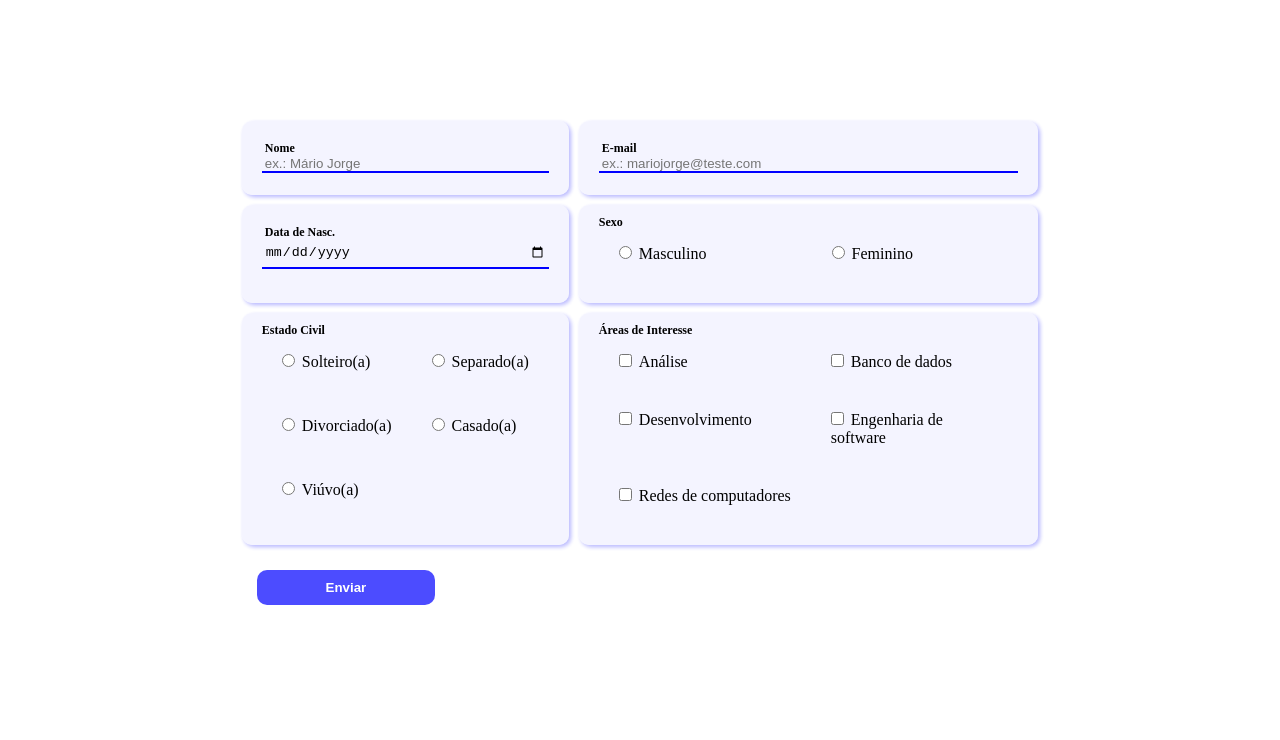
Repository: mjRibeiroTriscal/UVA_Projects
Page: Proj_A1_AVA2_2020_1/index.html
An editor plug-in stored every save of this project. The page is shown before and after the next save, followed by the edit.
The browser window is 1280 px wide. The pictures show the whole page.

Above is the page before, as saved 2020-03-13 14:41:52.

After the next save:
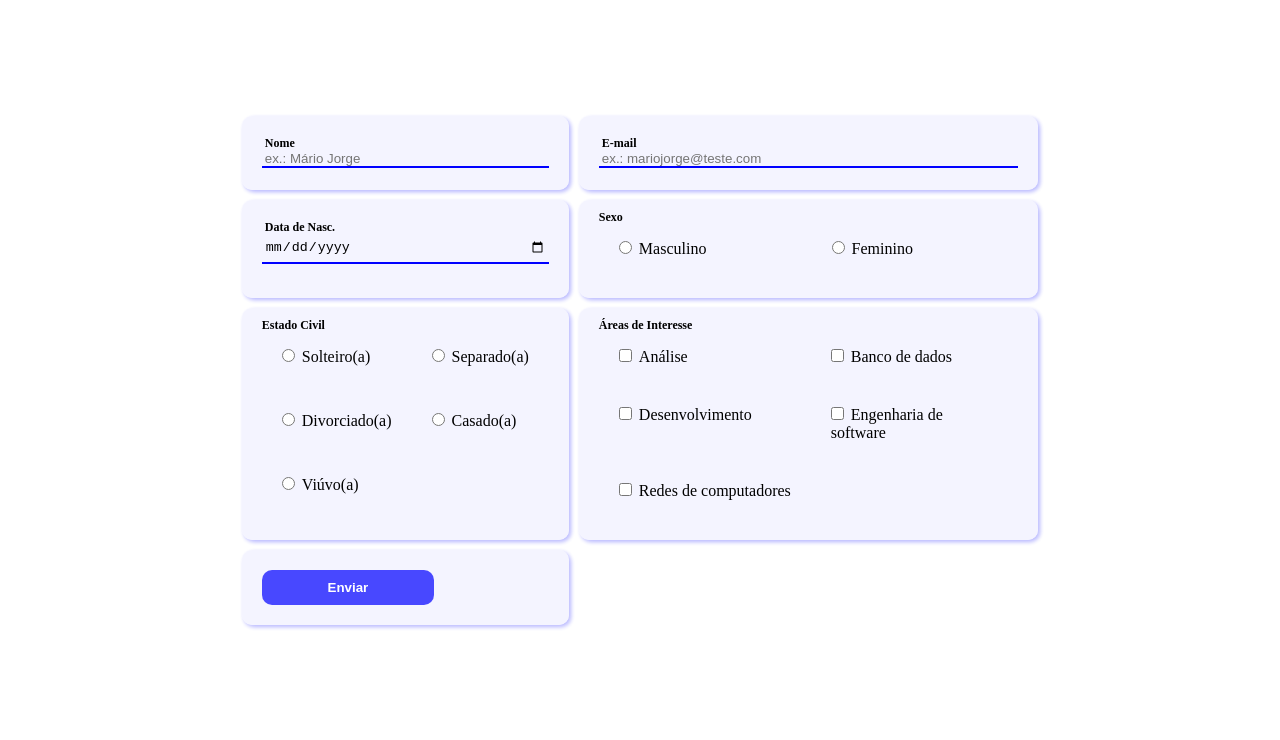
Saved 27 s later.
--- a/Proj_A1_AVA2_2020_1/index.html
+++ b/Proj_A1_AVA2_2020_1/index.html
@@ -101,7 +101,7 @@
                     </div>
                 </div>
 
-                <div class="gridItem itemFlex">
+                <div class="gridItem itemFlex blockContainer">
                     <input type="submit" value="Enviar">
                 </div>
 
